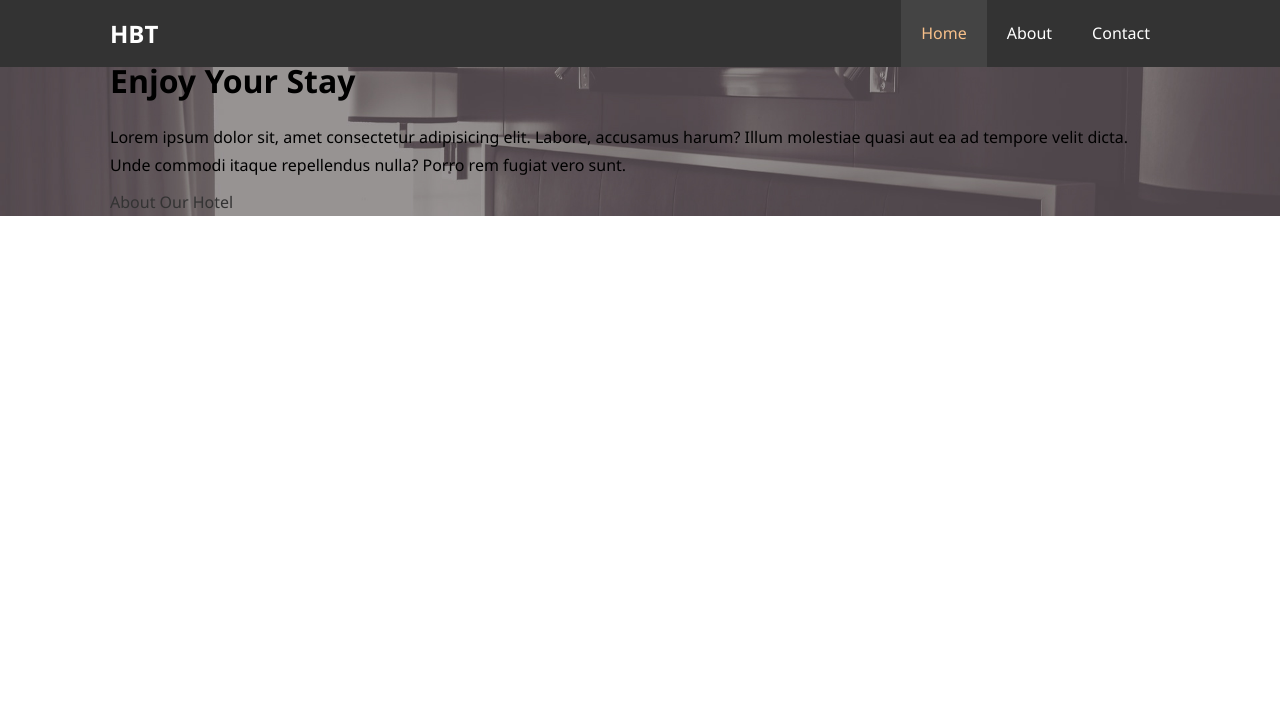
Repository: minhtien9/hotel-website
Page: index.html
An editor plug-in stored every save of this project. The page is shown before and after the next save, followed by the edit.
The browser window is 1280 px wide. The pictures show the whole page.

Above is the page before, as saved 2021-08-14 11:33:55.

### index.html
<!DOCTYPE html>
<html lang="en">

<head>
    <meta charset="UTF-8" />
    <meta http-equiv="X-UA-Compatible" content="IE=edge" />
    <meta name="viewport" content="width=device-width, initial-scale=1.0" />
    <meta name="description" content="Welcome to the most extraordinary hotel in Boston Massachusetts" />
    <meta name="keywords" content="hotel, boston hotel, new england hotel" />
    <link rel="stylesheet" href="css/style.css" />
    <title>Hotel BT | Welcome</title>
</head>

<body>
    <header>
        <nav id="navbar">
            <div class="container">
                <h1 class="logo">
                    <a href="index.html"></a> HBT</h1>
                <ul>
                    <li><a class="current" href="index.html">Home</a></li>
                    <li><a href="about.html">About</a></li>
                    <li><a href="contact.html">Contact</a></li>
                </ul>
            </div>
        </nav>
        <div id="showcase">
            <div class="container">
                <div class="showcase-content">
                    <h1><span class="text-primary">Enjoy </span>Your Stay</h1>
                    <p class="lead">
                        Lorem ipsum dolor sit, amet consectetur adipisicing elit. Labore, accusamus harum? Illum molestiae quasi aut ea ad tempore velit dicta. Unde commodi itaque repellendus nulla? Porro rem fugiat vero sunt.
                    </p>
                    <a class="btn" href="about.html">About Our Hotel</a>
                </div>
            </div>
        </div>
    </header>
</body>

</html>

### css/style.css
/* Reset */

* {
    margin: 0;
    padding: 0;
    box-sizing: border-box;
}


/* Main Styling */

html,
body {
    font-family: 'Segoe UI', Tahoma, Geneva, Verdana, sans-serif;
    line-height: 1.7em;
}

a {
    color: #333;
    text-decoration: none;
}

h1,
h2,
h3 {
    padding-bottom: 20px;
}

p {
    margin: 10px 0;
}


/* Utility Classes */

.container {
    margin: auto;
    max-width: 1100px;
    overflow: auto;
    padding: 0 20px;
}


/* Navbar */

#navbar {
    background: #333;
    color: #fff;
    overflow: auto;
}

#navbar a {
    color: #fff;
}

#navbar h1 {
    float: left;
    padding-top: 20px;
}

#navbar ul {
    list-style: none;
    float: right;
}

#navbar ul li {
    float: left;
}

#navbar ul li a {
    display: block;
    padding: 20px;
    text-align: center;
}

#navbar ul li a:hover,
#navbar ul li a.current {
    background: #444;
    color: #f7c08a;
}


/* Show case */

#showcase {
    background: url('../img/showcase.jpg') no-repeat center center/cover;
}

After the next save:
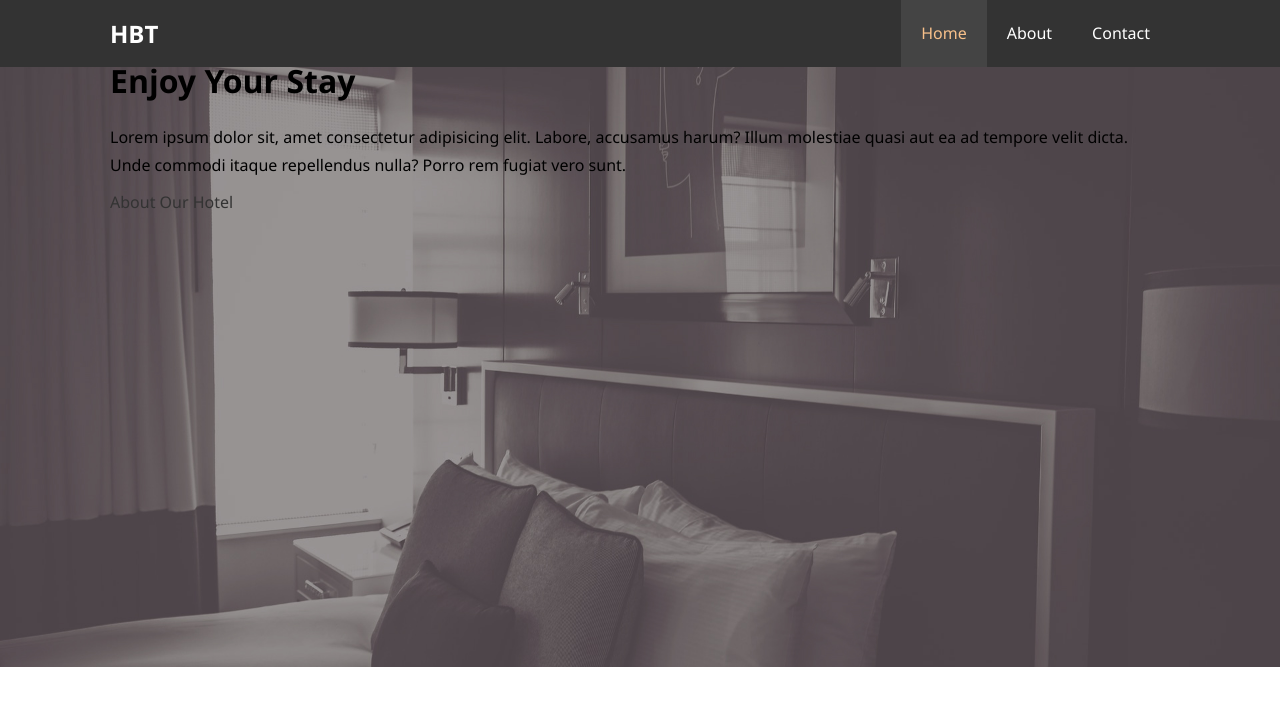
Saved 39 s later.
--- a/css/style.css
+++ b/css/style.css
@@ -84,4 +84,5 @@ p {
 
 #showcase {
     background: url('../img/showcase.jpg') no-repeat center center/cover;
+    height: 600px;
 }
